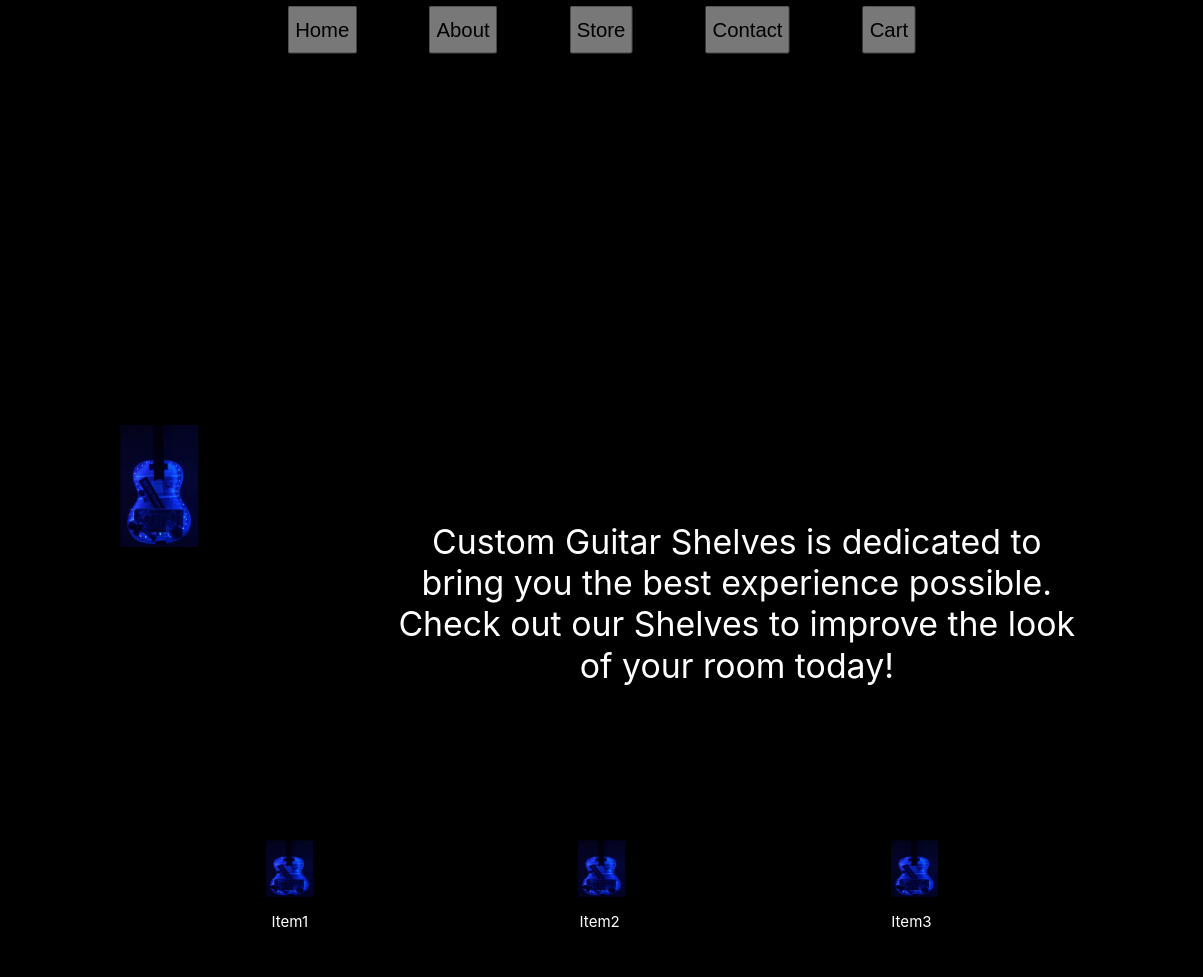
Repository: Kobramall/guitar-shelves-mock-store
Page: /
These files come from the project's save history. The page is drawn as it stood at one moment and after the next save; the edit follows.
The browser window is 1280 px wide. The pictures show the whole page, at 94% of full size.
Pictures or frames that could not be fetched are drawn as grey boxes. The project was rebuilt for these pictures with package versions that can differ from the ones it lists, and the page was loaded fresh each time. Also part of the build but not shown: src/componets/Cart.js. Imported but missing from the stored project, and not drawn on this page: src/assets/GuitarSV.MP4.

Above is the page before, as saved 2022-11-02 17:16:35.

After the next save:
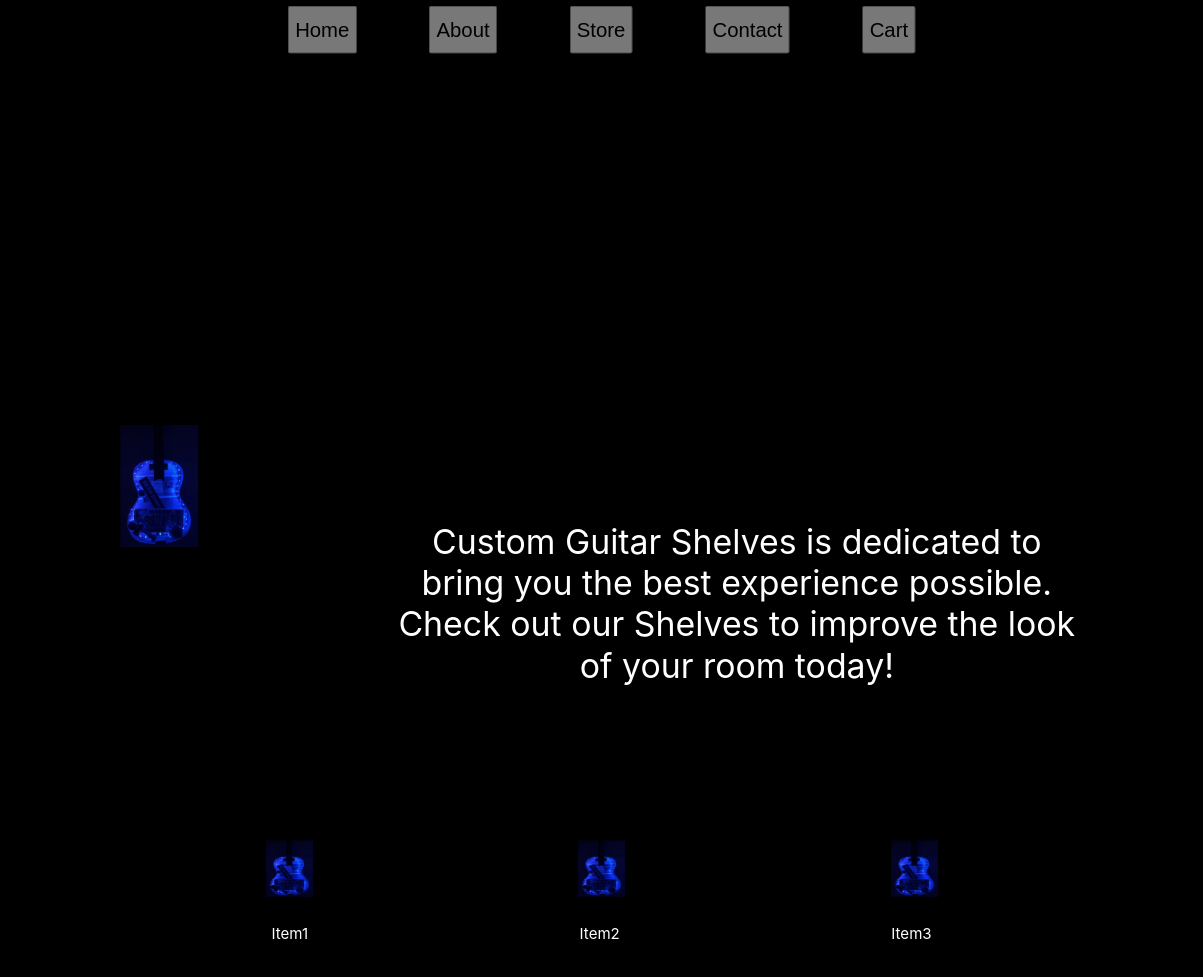
Saved 13 s later.
--- a/src/App.css
+++ b/src/App.css
@@ -51,6 +51,7 @@
 .picRow{
   display: flex;
   justify-content: space-evenly;
+
 }
 
 .picRow img{
@@ -60,7 +61,7 @@
 .itemName{
   display: flex;
   justify-content: space-evenly;
-  margin-bottom:1%;
+  margin-top:1%;
 }
 
 @keyframes App-logo-spin {
